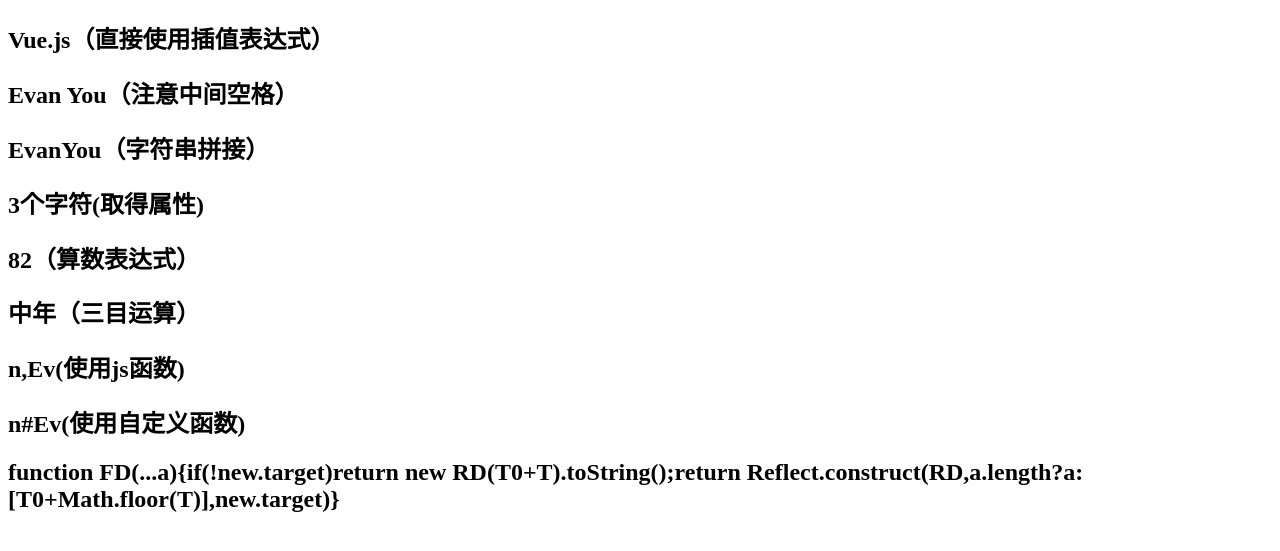
Repository: Gin1217/vueNotes
Page: firstVUE/HTML/quickstart.html
An editor plug-in stored every save of this project. The page is shown before and after the next save, followed by the edit.
The browser window is 1280 px wide. The pictures show the whole page.

Above is the page before, as saved 2021-03-10 09:24:09.

After the next save:
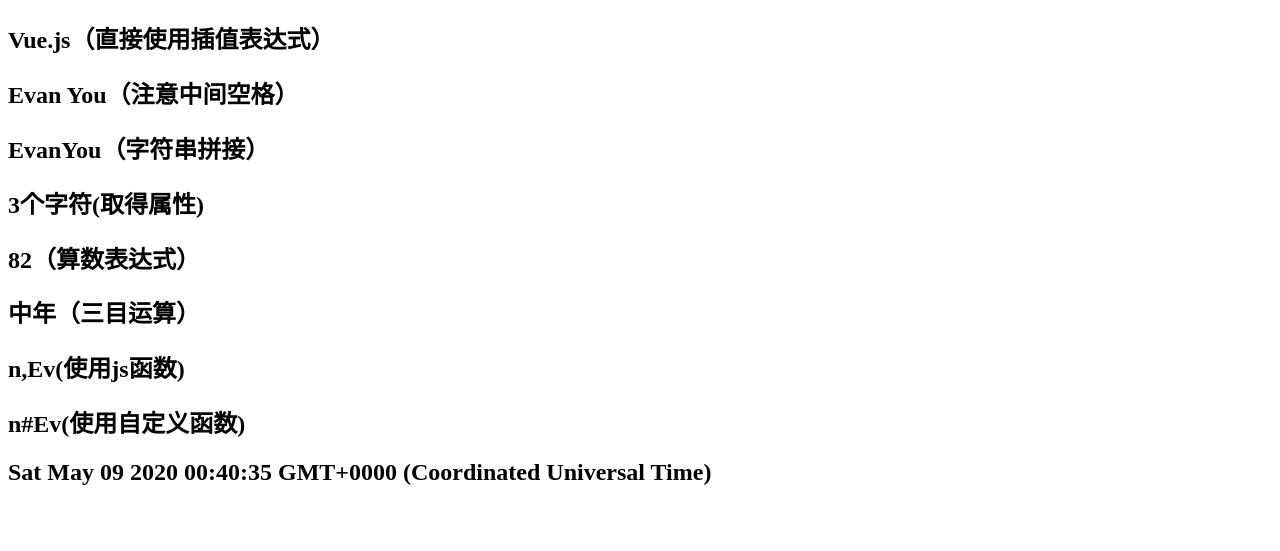
Saved 69 s later.
--- a/firstVUE/HTML/quickstart.html
+++ b/firstVUE/HTML/quickstart.html
@@ -18,7 +18,7 @@
         <h2>{{age>40? '中年':'青年'}}（三目运算）</h2>
         <h2>{{firstName.split('a').reverse().join(',')}}(使用js函数)</h2>
         <h2>{{customMethod(firstName)}}(使用自定义函数)</h2>
-        <h2>{{Date}}</h2>
+        <h2>{{date}}</h2>
     </div>
 
     <!-- 从本地引入vue.js -->
@@ -36,7 +36,7 @@
                 lastName:'You',
                 age:41,
                 info:'<a href="heep://cn/vue.js.org/">Vue.js文档</a>',
-                data:new Date(),
+                date:new Date(),
             },
 
 
